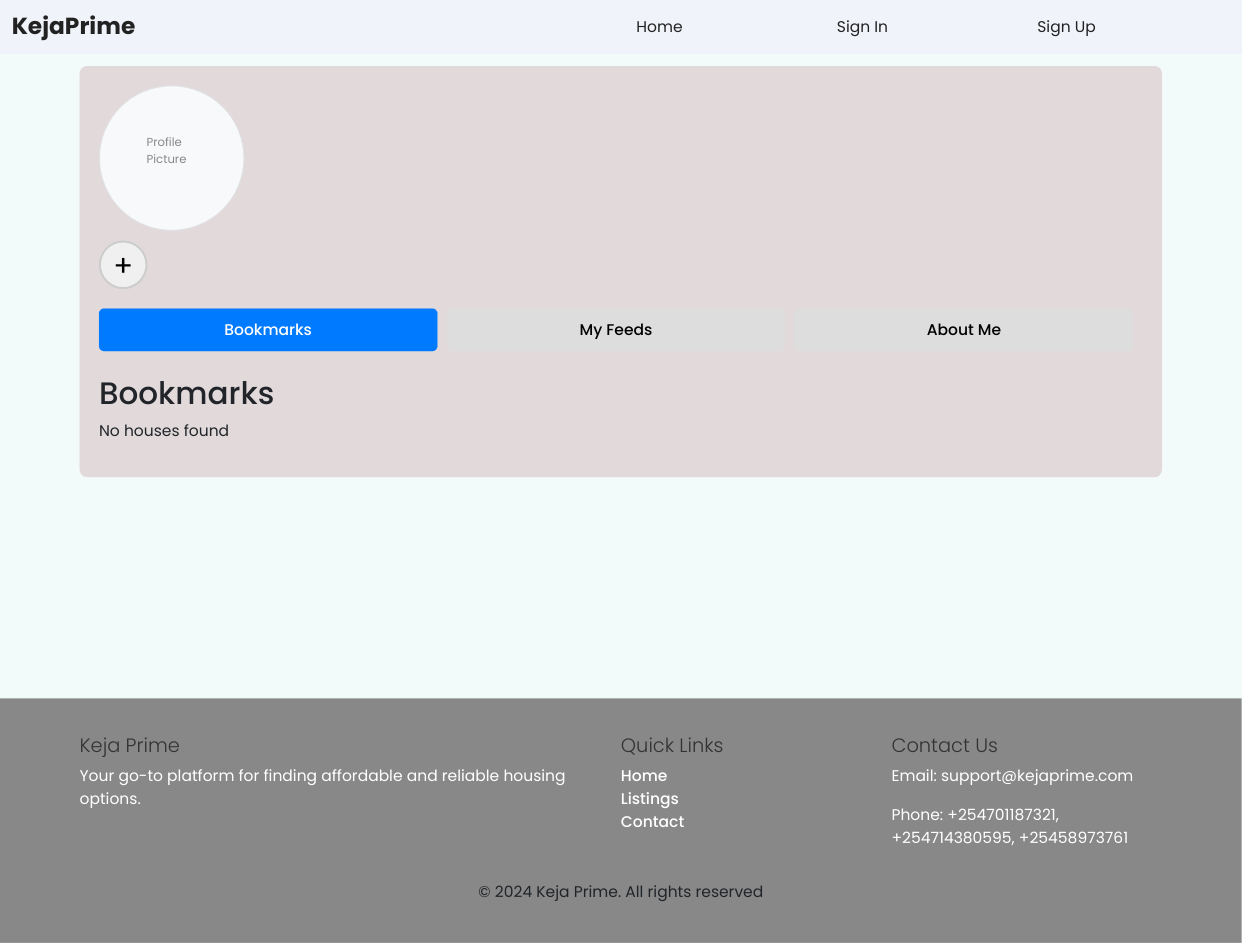
Repository: Pascal7601/kejaPrime
Page: /profile (app in frontend/)
The author's editor kept a copy of each file at every save. The page is drawn from the files as they stood at one save, then again after a run of saves.
The browser window is 1280 px wide. The pictures show the whole page, at 97% of full size.
The pointer rests on the first visible `.plus-sign-label`.
The page's requests for data from a server got no answer. The project was rebuilt for these pictures with package versions that can differ from the ones it lists, and the page was loaded fresh each time. No one was signed in, and anything a server would have sent is missing. Also part of the build but not shown: frontend/vite.config.js, frontend/src/styles/HeroSection.css, frontend/src/components/HeroSection.jsx, frontend/src/pages/Home.jsx, frontend/src/components/Houses.jsx, frontend/src/pages/Listings.jsx, frontend/src/styles/PostHouse.css, frontend/src/pages/PostHouse.jsx and 10 more.

Above is the page before, as saved 2024-10-22 12:18:42.

### frontend/index.html
<!doctype html>
<html lang="en">
  <head>
    <meta charset="UTF-8" />
    <link rel="icon" type="image/svg+xml" href="/vite.svg" />
    <meta name="viewport" content="width=device-width, initial-scale=1.0" />
    <script src="https://cdn.jsdelivr.net/npm/@popperjs/core@2.11.6/dist/umd/popper.min.js"></script>
    <script src="https://cdn.jsdelivr.net/npm/bootstrap@5.2.0/dist/js/bootstrap.bundle.min.js"></script>
    <link rel="preconnect" href="https://fonts.googleapis.com">
    <link rel="preconnect" href="https://fonts.gstatic.com" crossorigin>
    <link href="https://fonts.googleapis.com/css2?family=Poppins:ital,wght@0,100;0,200;0,300;0,400;0,500;0,600;0,700;0,800;0,900;1,100;1,200;1,300;1,400;1,500;1,600;1,700;1,800;1,900&display=swap" rel="stylesheet">
    <title>KejaPrime</title>
  </head>
  <body>
    <div id="root"></div>
    <script type="module" src="/src/main.jsx"></script>
  </body>
</html>

### frontend/src/App.jsx
import React from 'react';
import { BrowserRouter as Router, Route, Routes } from 'react-router-dom';
import { AuthProvider } from './utils/AuthContext';
import Home from './pages/Home';
import Listings from './pages/Listings';
import ProfilePage from './pages/ProfilePage';
import SignUp from './components/SignUp';
import FeedsPage from './pages/FeedsPage'
import PostHouse from './pages/PostHouse';
import SignIn from './components/SignIn';
import Dashboard from './components/Dashboard';

import './App.css';

function App() {

  return (
    <AuthProvider>
      <Router>
            <Routes>
              <Route path="/Sign-up" element={<SignUp />} />
              <Route path="/Sign-in" element={<SignIn />} />
              <Route path="/" element={<Home />} />
              <Route path="/home" element={<Home />} />
              <Route path="/dashboard" element={<Dashboard />} />
              <Route path="/feeds" element={<FeedsPage />} />
              <Route path="/listings" element={<Listings />} />
              <Route path="/profile" element={<ProfilePage />} />
              <Route path="/post-house" element={<PostHouse />} />
            </Routes>
      </Router>
    </AuthProvider>
  );
}

export default App

### frontend/src/utils/AuthContext.jsx
import React, { createContext, useEffect, useState } from 'react';
import axios from 'axios';

export const AuthContext = createContext();

export const AuthProvider = ({ children }) => {
  const [isLoggedIn, setIsLoggedIn] = useState(false);
  const [userType, setUserType] = useState('');  // Manage roles (landlord, tenant, etc.)
  const [accessToken, setAccessToken] = useState(null);

  // Fetch token from localStorage on mount
  useEffect(() => {
    const storedToken = localStorage.getItem('access_token');
    if (storedToken) {
      setAccessToken(storedToken);
      checkAuthStatus(storedToken);  // Check if token is still valid
    }
  }, []);

  // Store or remove the token from localStorage when `accessToken` changes
  useEffect(() => {
    if (accessToken) {
      localStorage.setItem('access_token', accessToken);
    } else {
      localStorage.removeItem('access_token');
    }
  }, [accessToken]);

  /**
   * Check if the user is authenticated based on the access token.
   * This function should ideally be called when the app starts (if there's a token).
   */
  const checkAuthStatus = async (token) => {
    if (!token) {
      setIsLoggedIn(false);
      return;
    }

    try {
      const response = await axios.get('http://localhost:8000/api/v1/users/profile', {
        headers: {
          Authorization: `Bearer ${token}`,
        },
      });

      if (response.status === 200) {
        setIsLoggedIn(true);
        setUserType(response.data.is_landlord ? 'landlord' : 'tenant');  // Adjust role
        console.log("User type:", response.data.is_landlord ? 'landlord' : 'tenant');
      } else {
        console.log('User not logged in');
        setIsLoggedIn(false);
        handleLogout();  // Clear token if the user is unauthorized
      }
    } catch (error) {
      console.error('Error checking authentication status:', error);
      setIsLoggedIn(false);
      handleLogout();  // Clear token in case of failure
    }
  };

  /**
   * Login function to authenticate the user and retrieve the access token.
   */
  const login = async (email, password) => {
    try {
      const response = await axios.post('http://localhost:8000/api/v1/auth/sign_in', { email, password });

      if (response.status === 200) {
        setAccessToken(response.data.access_token);
        setUserType(response.data.is_landlord ? 'landlord' : 'tenant');  // Determine role from response
        setIsLoggedIn(true);
      } else {
        console.error('Error logging in:', response.data);
      }
    } catch (error) {
      console.error('Error logging in:', error);
    }
  };

  /**
   * Logout function to clear user session and token.
   */
  const logout = () => {
    setIsLoggedIn(false);
    setUserType('');
    setAccessToken(null);
    localStorage.removeItem('access_token');
  };

  /**
   * Optionally refresh the token if needed (implement if your backend supports token refreshing).
   */

  return (
    <AuthContext.Provider value={{ isLoggedIn, userType, login, logout }}>
      {children}
    </AuthContext.Provider>
  );
};

### frontend/src/pages/ProfilePage.jsx
import React from 'react';
import Profile from "../components/Profile";
import "../styles/ProfilePage.css";

const ProfilePage = () => {
	return (
		<>
			<Profile />
		</>
	);
}

export default ProfilePage;

### frontend/src/App.css
@import url('https://fonts.googleapis.com/css2?family=Poppins:ital,wght@0,100;0,200;0,300;0,400;0,500;0,600;0,700;0,800;0,900;1,100;1,200;1,300;1,400;1,500;1,600;1,700;1,800;1,900&display=swap');
*{
	font-family: "Poppins", sans-serif;
	margin: 0;
	padding: 0;
	width: 100%;
	box-sizing: border-box;
}

body {
	margin: 0;
	font-family: "Poppins", sans-serif;
	width: 100%;
	background-color: rgb(229, 245, 245);
}

### frontend/src/components/Navbar.jsx
import React from 'react';
import { useContext } from 'react';
import { AuthContext } from '../utils/AuthContext';
import { Link, useNavigate } from 'react-router-dom';
import 'bootstrap/dist/css/bootstrap.min.css';
import '../styles/Navbar.css';


function Navbar() {
  // Destructure values from AuthContext
  const { isLoggedIn, userType, logout } = useContext(AuthContext);

  const navigate = useNavigate();

  const handleLogout = () => {
    navigate('/sign-in');
    logout(); // Call the logout function from AuthContex
  };

  return (
    <nav className="navbar navbar-expand-lg custom-navbar fixed-top">
      <div className="container-fluid">
        <Link className="navbar-brand" to="/">
          <h1>
            Keja<span>Prime</span>
          </h1>
        </Link>
        <button
          className="navbar-toggler"
          type="button"
          data-bs-toggle="collapse"
          data-bs-target="#navbarNav"
          aria-controls="navbarNav"
          aria-expanded="false"
          aria-label="Toggle navigation"
        >
          <span className="navbar-toggler-icon"></span>
        </button>
        <div className="collapse navbar-collapse" id="navbarNav">
          <ul className="navbar-nav">
            {/* Home link always available */}
            <li className="nav-item">
              <Link className="nav-link" to="/">
                Home
              </Link>
            </li>

            {isLoggedIn ? (
              <>
                {/* Tenant-specific links */}
                {userType === 'tenant' && (
                  <>
                    <li className="nav-item">
                      <Link className="nav-link" to="/dashboard">
                        Dashboard
                      </Link>
                    </li>
                    {/* <li className="nav-item">
                      <Link className="nav-link" to="/listings">
                        Listings
                      </Link>
                    </li> */}
                    <li className="nav-item">
                      <Link className="nav-link" to="/feeds">
                        Feeds
                      </Link>
                    </li>
                    <li className="nav-item">
                      <Link className="nav-link" to="/profile">
                        Profile
                      </Link>
                    </li>
                  </>
                )}

                {/* Landlord-specific links */}
                {userType === 'landlord' && (
                  <>
                    <li className="nav-item">
                      <Link className="nav-link" to="/post-house">
                        Post a House
                      </Link>
                    </li>
                    <li className="nav-item">
                      <Link className="nav-link" to="/profile">
                        Profile
                      </Link>
                    </li>
                  </>
                )}

                {/* Logout button available when logged in */}
                <li className="nav-item">
                  <button className="nav-link btn" onClick={handleLogout}>
                    Logout
                  </button>
                </li>
              </>
            ) : (
              // Display Sign In/Sign Up links when not logged in
              <>
                <li className="nav-item">
                  <Link className="nav-link" to="/sign-in">
                    Sign In
                  </Link>
                </li>
                <li className="nav-item">
                  <Link className="nav-link" to="/sign-up">
                    Sign Up
                  </Link>
                </li>
              </>
            )}
          </ul>
        </div>
      </div>
    </nav>
  );
}

export default Navbar;

### frontend/src/components/Footer.jsx
import React from 'react'
import 'bootstrap/dist/css/bootstrap.min.css';
import '../styles/Footer.css';

const Footer = () => {
	const currentYear = new Date().getFullYear();
  return (
	<footer className='footer py-4'>
		<div className='container'>
			<div className='row'>
				<div className='col-md-6'>
					<h5 className='footer-title'>Keja Prime</h5>
					<p className='footer-description'>
					Your go-to platform for finding affordable and reliable housing options.
					</p>
				</div>
				<div className="col-md-3">
					<h5 className="footer-links-title">Quick Links</h5>
            		<ul className="list-unstyled">
						<li><a href="/" className="text-white">Home</a></li>
              			<li><a href="/listings" className="text-white">Listings</a></li>
              			<li><a href="/contact" className="text-white">Contact</a></li>
            		</ul>
				</div>
				<div className='col-md-3'>
					<h5 className='footer-contact-title'> Contact Us</h5>
					<p>Email: support@kejaprime.com</p>
					<p>Phone: +254701187321, +254714380595, +25458973761</p>
				</div>
			</div>
			<div className='text-center mt-3'>
				<p className='text-dark'>&copy; {currentYear} Keja Prime. All rights reserved</p>
			</div>
		</div>
	</footer>
  );
};

export default Footer;

### frontend/src/styles/HomePage.css
.body-home{
	width: 100%;
	margin-top:20px;
}
.section-1{
	width: 100%;
	text-align: center;
}
.section-1 h2{
	font-size: 40px;
	font-weight: bold;
	color: #4ea685;
}
.about-us{
	display: flex;
	margin-top: 25px;
    flex-direction: row;
    align-items: center;
    justify-content: space-between;
    text-align: left;
	background-color: #F1F3FA;
	margin-bottom: 20px;
    padding: 20px;
    max-width: 100%;
}
.about-us img {
    max-width: 50%;
    height: 400px;
    border-radius: 8px;
    width: 400px
}

.about-us p {
    flex: 1;
    font-size: 1.1em;
    line-height: 2;
    margin-left: 15px;
    color: #333;
}


@media (max-width: 768px) {
    .about-us {
        flex-direction: column;
        text-align: center;
    }

    .about-us img {
        max-width: 80%;
        margin-bottom: 20px;
    }

    .about-us p {
		text-align: left;
        margin-left: 0;
        font-size: 1em;
    }
}

/**--------Goals-----------**/
.body-home h4{
	font-weight: 300;
}
.goals{
	display: flex;
	margin-top: 25px;
    flex-direction: row;
    align-items: center;
    justify-content: space-between;
    text-align: left;
	margin-bottom: 20px;
    padding: 20px;
    max-width: 100%;
}
.goals img {
    max-width: 50%;
    height: 400px;
    border-radius: 8px;
}

.p-goals {
	border: 1px solid red;
	display: flex;
	align-items: center;
	font-size: 1.1em;
	line-height: 2;
	color: #333;
}

.icon-wrapper {
	width: 20px;
	height: 20px;
	display: flex;
	justify-content: center;
	align-items: center;
}
.list {
	align-items: center;
	background: url( '../assets/circle.svg');
	background-repeat: no-repeat;
	font-size: 18px;
	line-height: 3rem;
	padding: 20px;
    text-align: left;
	background-position: calc(-50% - 20px) top;
	border-radius: 10px;
	box-shadow: 0 4px 6px #4ea685;
}
ul {
	border-radius: 10px;
	list-style: none;
}
.icon-wrapper svg circle {
	stroke-width: 2px;
	stroke-linecap: round;
	stroke-linejoin: round;
}

@media (max-width: 768px) {
    .goals {
        flex-direction: column;
        text-align: center;
    }

    .goals img {
        max-width: 80%;
        margin-bottom: 20px;
    }
	.list {
		background: none;
	}


    .goals p {
		text-align: left;
        margin-left: 0;
        font-size: 1em;
    }
}

### frontend/src/styles/Footer.css
.footer{
	background: #4ea685;
	color: #222222;
}

### frontend/src/styles/FeedsPage.css
@import url('https://fonts.googleapis.com/css2?family=Poppins:ital,wght@0,100;0,200;0,300;0,400;0,500;0,600;0,700;0,800;0,900;1,100;1,200;1,300;1,400;1,500;1,600;1,700;1,800;1,900&display=swap');
.right-side::-webkit-scrollbar {
    display: none;
}
body {
    -ms-overflow-style: none;
    scrollbar-width: none;
}
.feeds-page {
	height: 100vh;
	overflow: hidden;
}
.right-side{
	width:60%;
	margin-top: 60px;
	display: flex;
  	justify-content: center;
	text-align: center;
	border: 1px solid red;
	padding-bottom: 20px;
}

.row {
height: 100%;
}

.create-feed {
	position: fixed;
	background-color: #F1F3FA;
	top: 28%;
	width: 100%;
	max-width: 550px;
	z-index: 1;
}
.right-side {
	overflow-y: auto;
	height: 100%;
	background: radial-gradient(circle, #4ea685, #3e8f70);
	padding-bottom:20px;
	text-align: center;
}
.feed-item {
	position: relative;
	border: 1px solid #ddd;
	border-radius: 8px;
	background-color: #fff;
	padding: 10px;
	margin-bottom: 15px;
}
.feed-item {
	display: flex;
  	justify-content: center;
	text-align: center;
	width: 70%;
	margin-left: 80px;
}

.feed-img {
	max-width: 100%;
	background-size: cover;
	height: 400px;
	border-radius: 5px;
}
.btn1{
	color: #fff;
	background-color: #4ea685;
	border: none;
	max-width: 100px;
	font-weight: 200;
}
.form-control{
	border: none;
}
h5{
	font-weight: 300;
	color: #333;
}
.creat{
	font-weight: 500;
	color: #4ea685;
	margin-bottom: 20px;
}
/*-----Bookmark-------*/
.bookmark-btn {
	position: absolute;
	top: 10px;
	right: 10px;
	background-color: rgba(0, 0, 0, 0.5);
	color: #fff;
	border: none;
	padding: 8px 12px;
	cursor: pointer;
	border-radius: 5px;
	font-size: 14px;
}

.bookmark-btn:hover {
	background-color: rgba(0, 0, 0, 0.7);
}


@media (max-width: 768px) {
	.right-side {
	  width: 100%;
	  margin-top: 100px;
	}
	.create-feed{
		display: none;
	}
	.left-side{
		display: flex;
		flex-direction: column;
		gap: 10px;
		width: 100%;
	}
}
@media (max-width: 480px) {
	.house-row {
	  grid-template-columns: 1fr;
	}
	.left-side{
		display: flex;
		flex-direction: row;
		flex-wrap: wrap;
		gap: 10px;
		width: 100%;
	}
	.create-feed{
		display: none;
	}
}

### frontend/src/styles/Navbar.css
nav ul {
	list-style-type: none;
	margin: 0;
	padding: 0;
	justify-content: flex-end;
  }
.nav-item1 {
	padding-top: 10px;
	border: 1px solid red;
}
  nav ul li a {
	text-decoration: none;
	color: #333;
	font-weight: bold;
  }

  nav h1 {
	display: inline-block;
	margin: 0;
	font-size: 24px;
	font-weight: bold;
  }
  h1 span {
}
.custom-navbar {
	background-color: #F1F3FA;
	color: #222222;
}

.custom-navbar .navbar-nav .nav-link {
	color: #222222;
}

  .custom-navbar .navbar-brand {
	color: #222222;

  }

  .custom-navbar .navbar-toggler-icon {
	filter: brightness(100%);
  }

  .custom-navbar .navbar-nav .nav-link:hover {
	color: #4ea685;
  }

  .custom-navbar .btn-link {
	color: #ffffff;
  }

### frontend/src/styles/Houses.css
@import url('https://fonts.googleapis.com/css2?family=Poppins:ital,wght@0,100;0,200;0,300;0,400;0,500;0,600;0,700;0,800;0,900;1,100;1,200;1,300;1,400;1,500;1,600;1,700;1,800;1,900&display=swap');
body, html {
	margin: 0;
	padding: 0;
	box-sizing: border-box;
	font-family: "Poppins", sans-serif;
	width: 100%;
}
.houses-container {
	display: flex;
	flex-direction: column;
	align-items: center;
	padding: 1.5rem;
	margin-top: 50px;
	width: 100%;

}

.house-row{
	display: grid;
	grid-template-columns: repeat(auto-fill, minmax(250px, 1fr));
	gap: 1rem;
	width: 100%;

}

.house-card {
	background-color: #F1F3FA;
	padding: 10px;
	border-radius: 8px;
	margin: 0 10px;
	box-shadow: 0 4px 6px rgba(0, 0, 0, 0.1);
	transition: transform 0.2s ease-in-out;
  	flex-direction: column;

}

.house-card:hover {
	transform: translateY(-5px);
}

.house-image {
	width: 100%;
	object-fit: cover;
	border-top-left-radius: 8px;
	border-top-right-radius: 8px;
}

.house-info {
	padding: 1.5rem;
}

h5 {
	margin-top: 12px;
	font-weight: 400;
	color: #003b95;
	margin-bottom: 0.5rem;
}
.price{
	color: #003b95;
}

strong {
	font-weight: bold;
}
.location-icon {
	margin-right: 5px;
	margin-left: 5px;
	width: 10%;
	color: #e0354b;
 	align-items: center;
	margin: 0;
}
.icon-locator{
	display: flex;

}
.price{
	color: #498862;
	font-weight: 700;
	font-size: 16px;
}

.p{
	font-size: 14px;
	color: #060b20;
	margin: 0;
	line-height: 1.5;
	font-weight: 300;
}

.filter-bar {
	display: flex;
	justify-content: space-between;
	margin-bottom: 20px;
}

.filter-bar input,
.filter-bar button {
	padding: 5px 10px;
	font-size: 16px;
}
.save-button {
	border: 1px solid red;
}
@media (max-width: 768px) {
	.house-row {
	  grid-template-columns: repeat(auto-fill, minmax(200px, 1fr));
	}
}
@media (max-width: 480px) {
	.house-row {
	  grid-template-columns: 1fr;
	}
}

### frontend/src/styles/Profile.css
.navbar {
    margin-bottom: 10px;
}
/* Profile page container */
.profile-page {
  display: flex;
  justify-content: center;
  align-items: flex-start;
  padding: 20px;
  background-color: rgba(255, 255, 255, 0.5);
  min-height: 100vh;
}

.profile-container {
  display: flex;
  gap: 20px;
  align-items: flex-start;  /* Align items to the top */
}

/* Landlord-specific layout */
.landlord-layout {
  flex-direction: row;
}

.tenant-layout {
  flex-direction: column;
}

/* Left Panel for PostHouse form */
.left-panel {
  flex: 1;  /* Adjusts based on screen size */
  max-width: 300px;
  padding: 15px;
  background-color: #ebc1c1;
  border-radius: 8px;
  margin-right: 20px;
}
.left-panel h4 {
  margin-bottom: 15px;
  font-weight: bold;
  font-family:Arial, Helvetica, sans-serif;
}

/* Right Panel */
.right-panel {
  flex: 3;  /* Takes up more space for profile details */
  padding: 20px;
  background-color: #e2dada;
  border-radius: 8px;
}
/* Full-width for tenant */
.full-width {
  flex: 1;
  width: 100%;
}
.profile-header {
    margin-bottom: 20px;
}

.profile-picture-placeholder {
    width: 150px;
    height: 150px;
    background-color: #f0f0f0;
    border-radius: 50%;
    display: flex;
    align-items: center;
    justify-content: center;
    font-size: 12px;
    color: #888;
}

.plus-sign-label {
  display: inline-block;
  width: 50px;
  height: 50px;
  background-color: #f0f0f0;
  color: #000;
  text-align: center;
  line-height: 50px;
  font-size: 30px;
  border-radius: 50%;
  cursor: pointer;
  border: 2px solid #ccc;
  margin-top: 10px;
}

/* Tabs */
.profile-tabs {
    display: flex;
    justify-content: space-around;
    margin-bottom: 20px;
}

.tab-button {
    padding: 10px 20px;
    border: none;
    cursor: pointer;
    background-color: #ddd;
    border-radius: 5px;
    margin-right: 10px;
    transition: background-color 0.3s, color 0.3s; /* Smooth transition for hover effect */
}
.tab-button:hover {
    background-color: #00b3a4; /* light green on hover */
    color: #f0f0f0; /* Lighter text color on hover */
}

.tab-button.active {
    background-color: #007bff;
    color: white;
}

/* Tenant View - No Left or Right Panels */
.tenant-view .left-panel {
  display: none;
}

/* House list styling */
.houses-section {
    width: 100%;
}

.house-list {
    display: flex;
    flex-wrap: wrap;
    gap: 20px;
    justify-content: center;
}

.house-item {
    background-color: #f9f9f9;
    border: none;
    border-radius: 10px;
    padding: 15px;
    width: 300px;
    text-align: center;
}

.house-image {
    max-width: 100%;
    height: auto;
}

.profile-about {
    text-align: left;
    width: 100%;
    max-width: 600px;
}

/* feed section styling */
.feed-list {
    display: flex;
    flex-wrap: wrap;
    justify-content: start;
    gap: 20px;
    margin-top: 20px;
  }

  .feed-item {
    background-color: #f9f9f9;
    padding: 20px;
    border-radius: 10px;
    box-shadow: 0 2px 8px rgba(0, 0, 0, 0.1);
    width: 300px; /* Set the width for each card */
    display: flex;
    flex-direction: column;
    align-items: center;
  }

  .feed-image {
    width: 100%; /* Make the image fit within the card */
    height: 200px;
    object-fit: cover; /* Ensure the image scales without distortion */
    border-radius: 10px;
    margin-bottom: 15px;
  }

  .feed-item p {
    margin: 5px 0; /* Spacing between paragraphs */
  }
  .footer {
    padding: 10px 0; /* Add padding for the footer */
    margin-top: 0px;
    background-color: #888;
    color: white;
  }

  /* For smaller screens */
  @media (max-width: 768px) {
    .feed-list {
      flex-direction: column; /* Stack the feed cards on small screens */
    }

    .feed-item {
      width: 100%; /* Take up full width on small screens */
    }
  }

Loaded but not shown: frontend/src/main.jsx (common file); frontend/src/index.css (common file); frontend/src/components/Profile.jsx (316 lines, source omitted); frontend/src/styles/ProfilePage.css (no stored copy; drawn as an empty file)

After the next 2 saves:
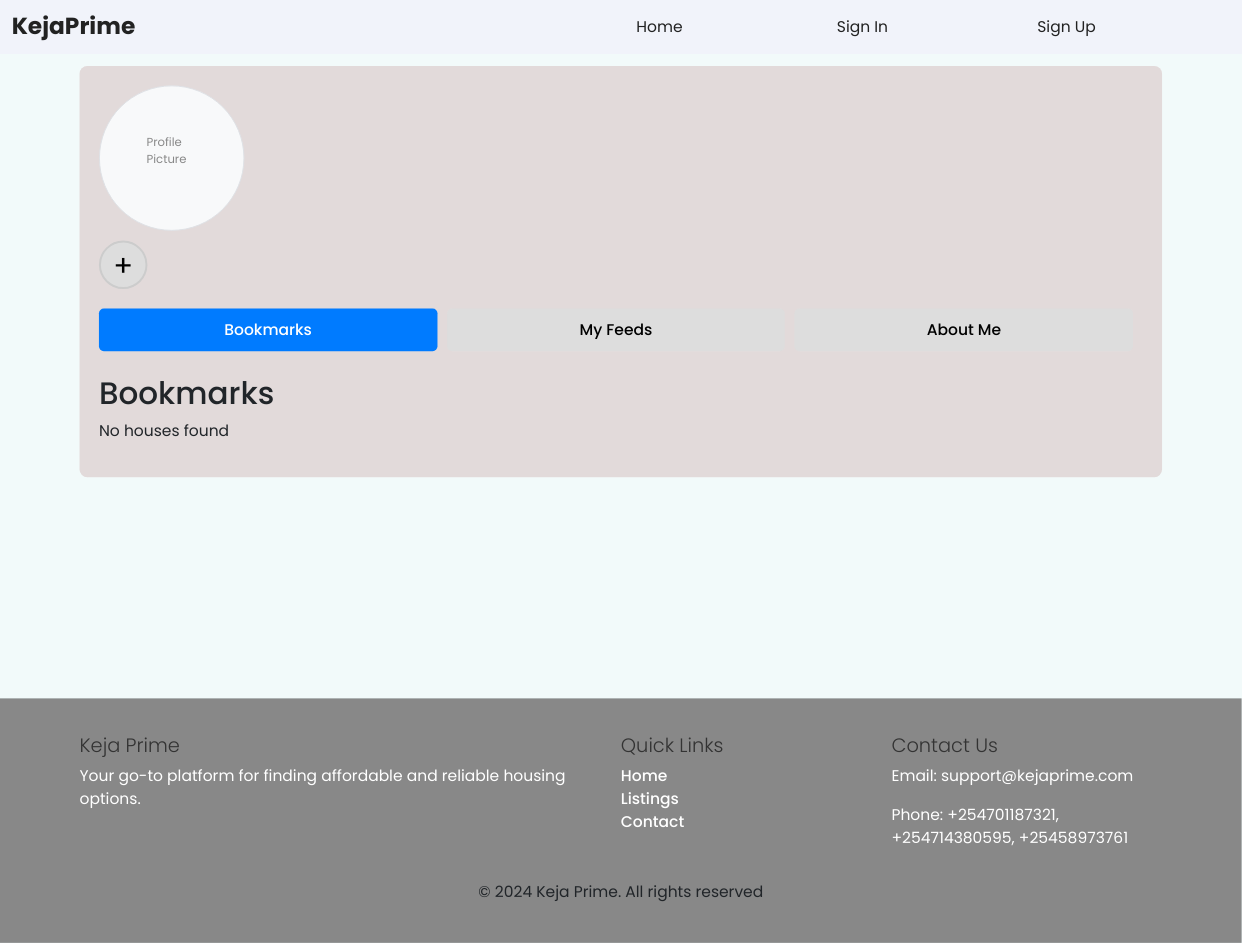
The 2 saves are shown as one change because they came seconds apart.
The last was saved 43 s later.
--- a/frontend/src/styles/Profile.css
+++ b/frontend/src/styles/Profile.css
@@ -83,6 +83,9 @@
   border: 2px solid #ccc;
   margin-top: 10px;
 }
+.plus-sign-label:hover {
+  background-color: #ddd;
+}
 
 /* Tabs */
 .profile-tabs {
